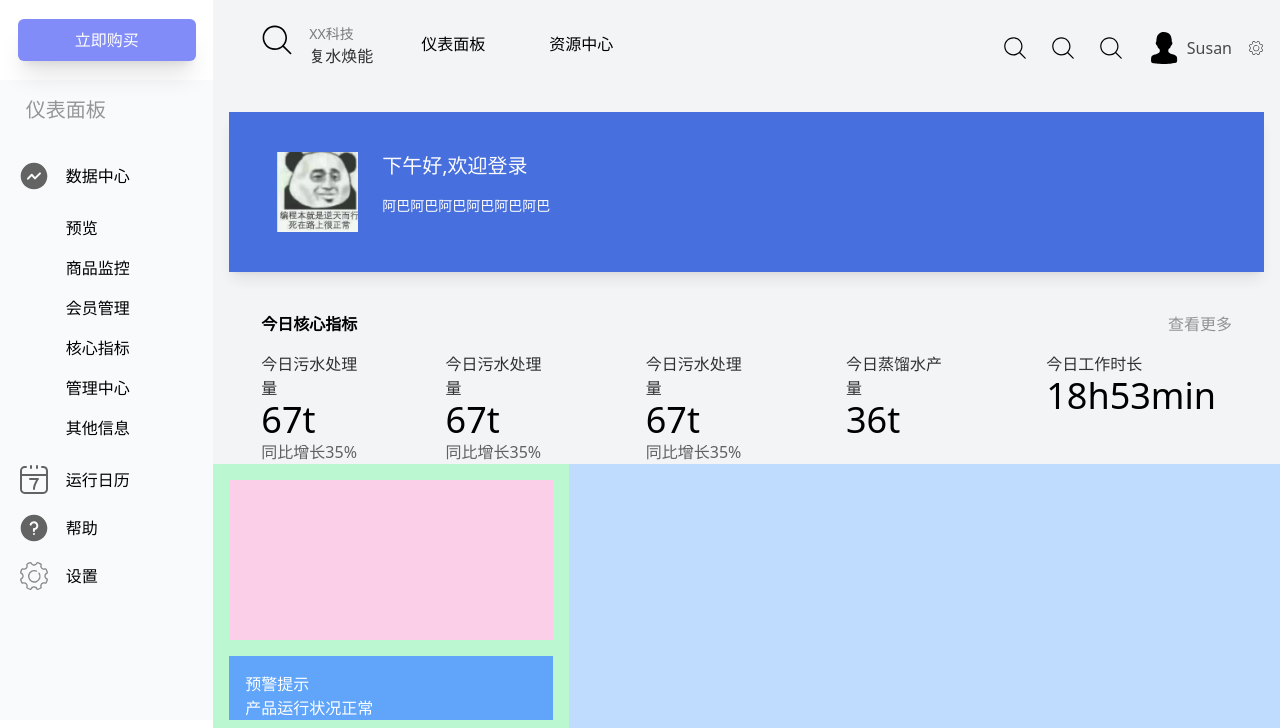
Repository: LiuRuohui/useWater
Page: /
An editor plug-in stored every save of this project. The page is shown before and after the next save, followed by the edit.
The browser window is 1280 px wide. The pictures show the whole page.
The project was rebuilt for these pictures with package versions that can differ from the ones it lists, and the page was loaded fresh each time. Also part of the build but not shown: vite.config.js.

Above is the page before, as saved 2022-04-06 23:37:17.

After the next save:
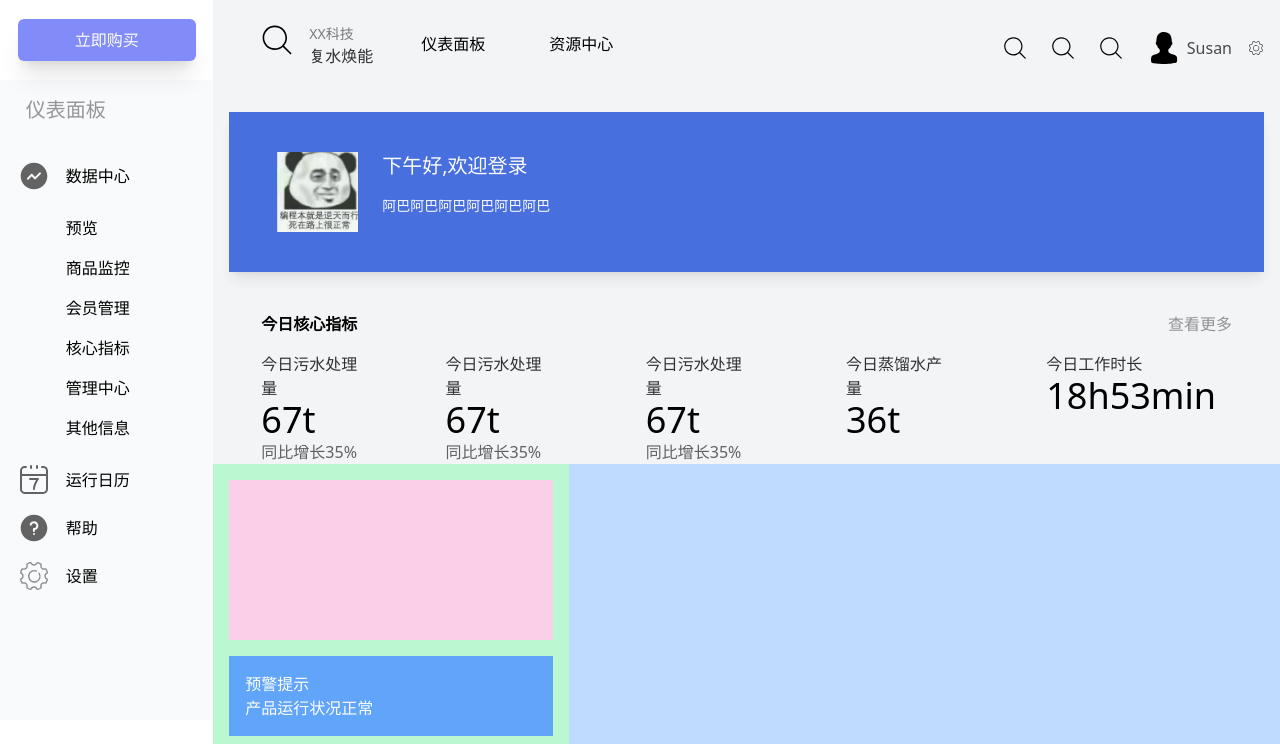
Saved 5 s later.
--- a/src/components/HelloWorld.vue
+++ b/src/components/HelloWorld.vue
@@ -110,7 +110,7 @@
 
               </div>
               <div class="flex flex-grow bg-blue-400 mx-4 mb-2">
-                  <div class="flex flex-col pl-4 pt-4">
+                  <div class="flex flex-col pl-4 py-4">
                       <div class="flex flex-row">
                           <div class="text-white">预警提示</div>
                           <img src="" alt="">
